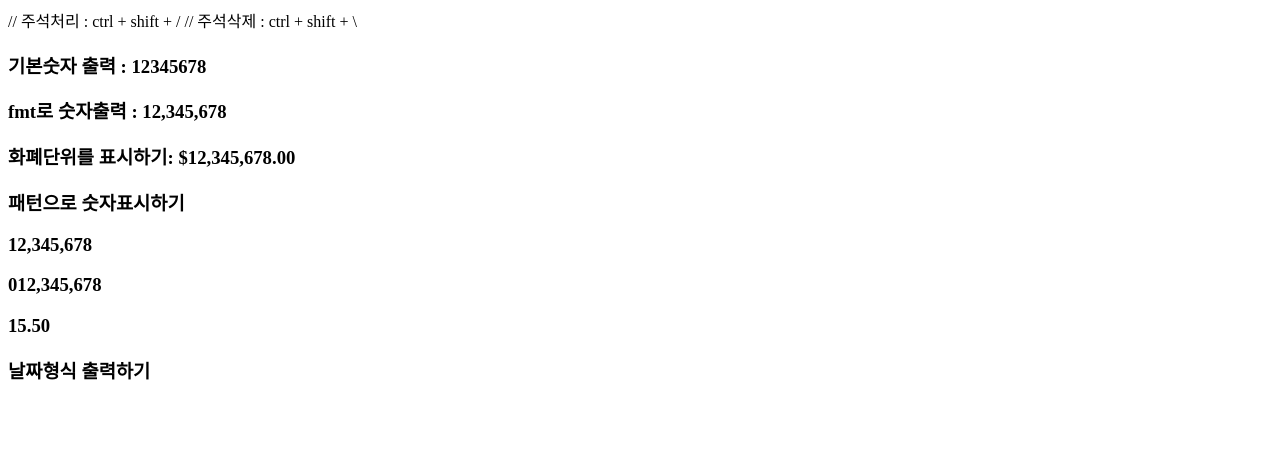
Repository: yongmin0309/mybatis1
Page: http://localhost/eL_JSTL/views/jstl/formattag.jsp
An editor plug-in stored every save of this project. The page is shown before and after a run of saves, followed by the edit.
The browser window is 1280 px wide. The pictures show the whole page.
The page is served by Tomcat 9. Other server files are loaded and not shown.

Above is the page before, as saved 2024-04-20 08:15:22.

### work/eL_JSTL/src/main/webapp/views/jstl/formattag.jsp
<%@ page language="java" contentType="text/html; charset=UTF-8"
    pageEncoding="UTF-8"%>
<%@ taglib prefix="c" uri="http://java.sun.com/jsp/jstl/core" %>
<%@ taglib prefix="fmt" uri="http://java.sun.com/jsp/jstl/fmt" %>
<!DOCTYPE html>
<html>
<head>
<meta charset="UTF-8">
<title>Insert title here</title>
</head>
<body>

	// 주석처리 : ctrl + shift + /
	// 주석삭제 : ctrl + shift + \
	<c:set var="numbertest" value="12345678"/>

	<h3>기본숫자 출력 : <c:out value="${numbertest }"/></h3>
	<h3>fmt로 숫자출력 : <fmt:formatNumber value="${numbertest }"/></h3>
	<%-- <fmt:setLocale value="ko_KR"/> --%>
	<h3>화폐단위를 표시하기: <fmt:formatNumber value="${numbertest }"
	type="currency"/></h3>

	<h3>패턴으로 숫자표시하기</h3>
	<h3><fmt:formatNumber value="${numbertest }" pattern="###,###,###"/></h3>
	<h3><fmt:formatNumber value="${numbertest }" pattern="000,000,000"/></h3>
	<%-- <fmt:setLocale value="en_US"/> --%>
	<h3><fmt:formatNumber value="15.5" pattern="###,###.00"/></h3>


	<h3>날짜형식 출력하기</h3>
	<c:set var="today" value="<%=new java.util.Date() %>"/>







</body>
</html>

After the next 2 saves:
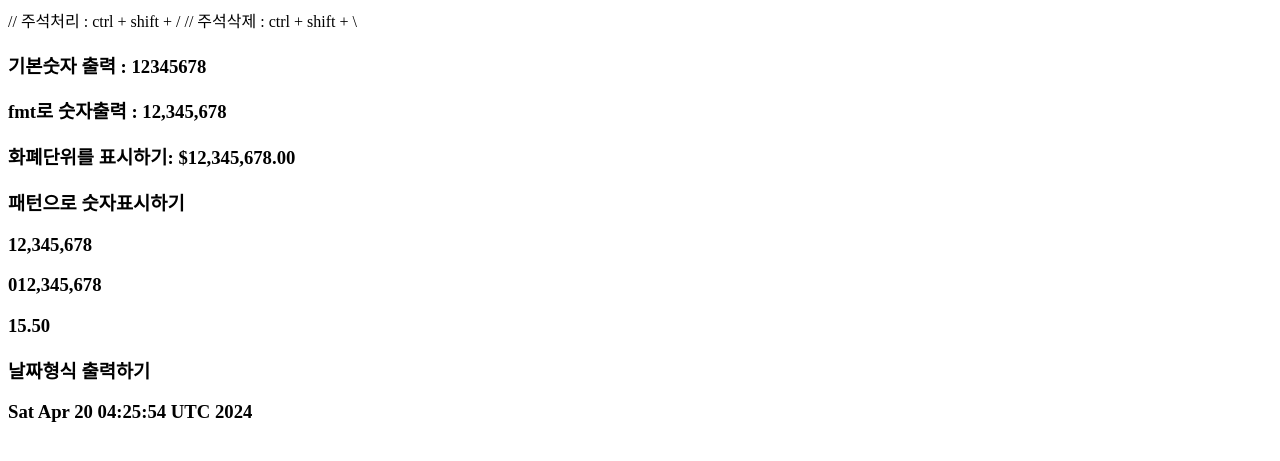
The 2 saves are shown as one change because 1 did not build or start.
The last was saved 30 s later.
--- a/work/eL_JSTL/src/main/webapp/views/jstl/formattag.jsp
+++ b/work/eL_JSTL/src/main/webapp/views/jstl/formattag.jsp
@@ -29,6 +29,7 @@
 
 	<h3>날짜형식 출력하기</h3>
 	<c:set var="today" value="<%=new java.util.Date() %>"/>
+	<h3><c:out value="${today }"/></h3>
 
 
 
